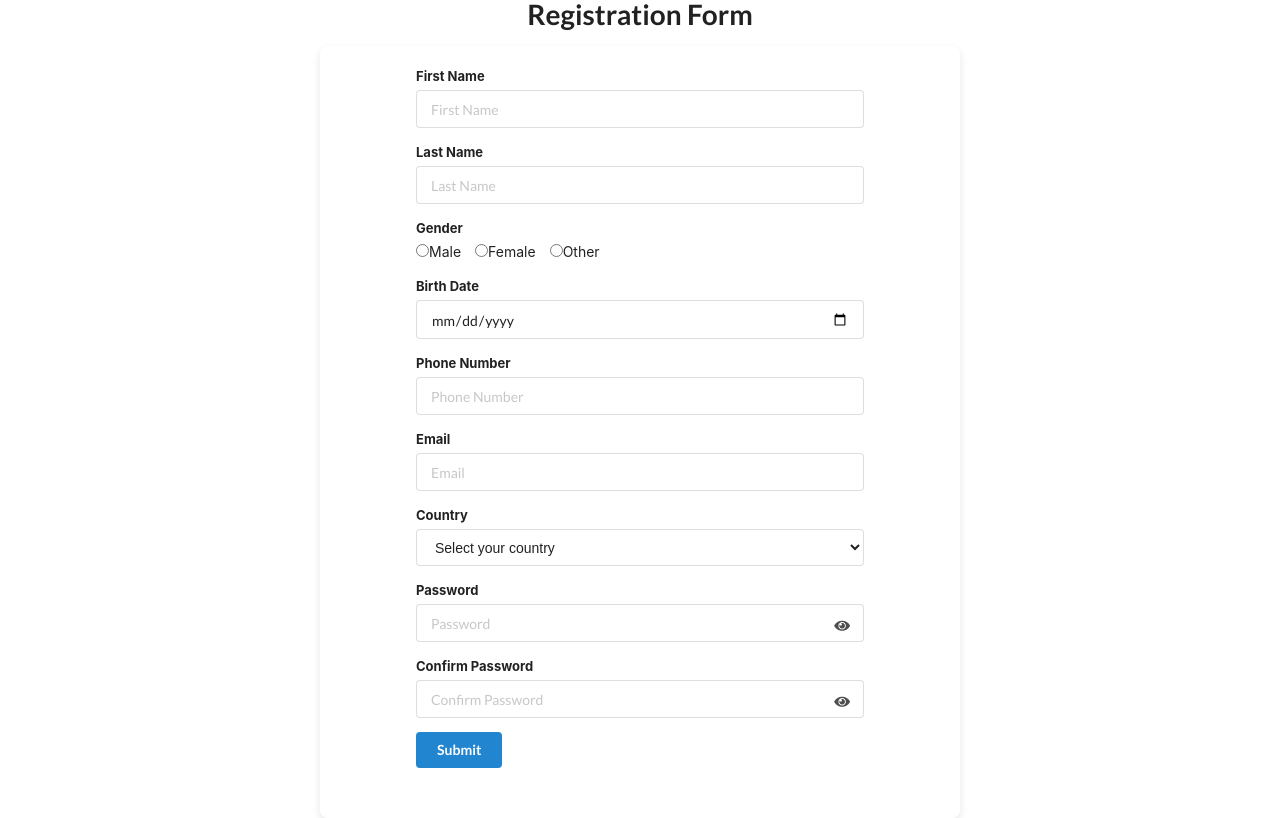
Repository: Wahid137/registration-form
Page: /
These files come from the project's save history. The page is drawn as it stood at one moment and after the next save; the edit follows.
The browser window is 1280 px wide. The pictures show the whole page.
The project was rebuilt for these pictures with package versions that can differ from the ones it lists, and the page was loaded fresh each time. Also part of the build but not shown: src/App.css.

Above is the page before, as saved 2024-05-01 14:31:35.

After the next save:
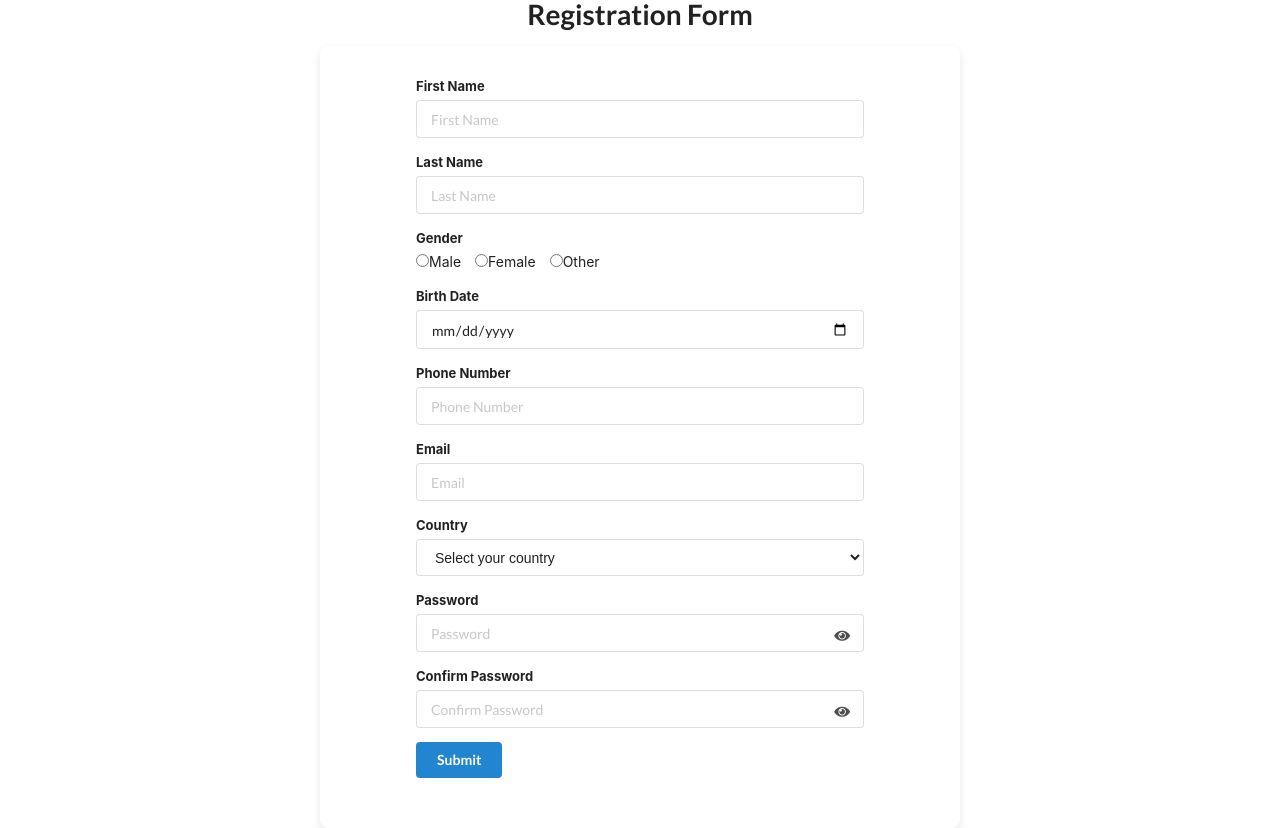
Saved 7 s later.
--- a/src/components/Register.js
+++ b/src/components/Register.js
@@ -117,7 +117,7 @@ const Register = () => {
                 display: "flex",
                 width: "50%",
                 justifyContent: "center",
-                paddingTop: "20px",
+                paddingTop: "30px",
                 paddingBottom: "50px",
                 boxShadow: "0 4px 8px rgba(0,0,0,0.1)",
                 borderRadius: "8px",
